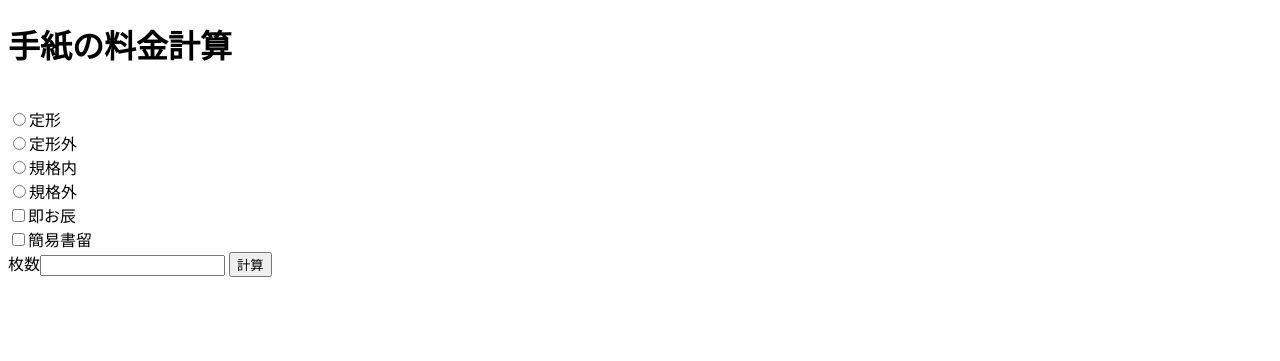
Repository: aiueo20/18ca0155
Page: SSP/kadai0601/WebContent/login.html
These files come from the project's save history. The page is drawn as it stood at one moment and after the next save; the edit follows.
The browser window is 1280 px wide. The pictures show the whole page.

Above is the page before, as saved 2019-01-15 02:53:17.

### SSP/kadai0601/WebContent/login.html
<!DOCTYPE html>
<html>
<head>
<meta charset="UTF-8">
<title>Insert title here</title>
</head>
<body>

<h1>手紙の料金計算</h1><br>
<input type="radio" name="teikei" value="定形">定形<br>
<input type="radio" name="teikeigai" value="定形外">定形外<br>
<input type="radio" name="kikakunai" value="規格内">規格内<br>
<input type="radio" name="kikakugai" value="規格外">規格外<br>
<input type="checkbox" name="sokutatu" value="速達">即お辰<br>
<input type="checkbox" name="kannikakidome" value="簡易書留">簡易書留<br>
枚数<input type="text" name="maisu">
<input type="submit" value="計算">


</body>
</html>

After the next save:
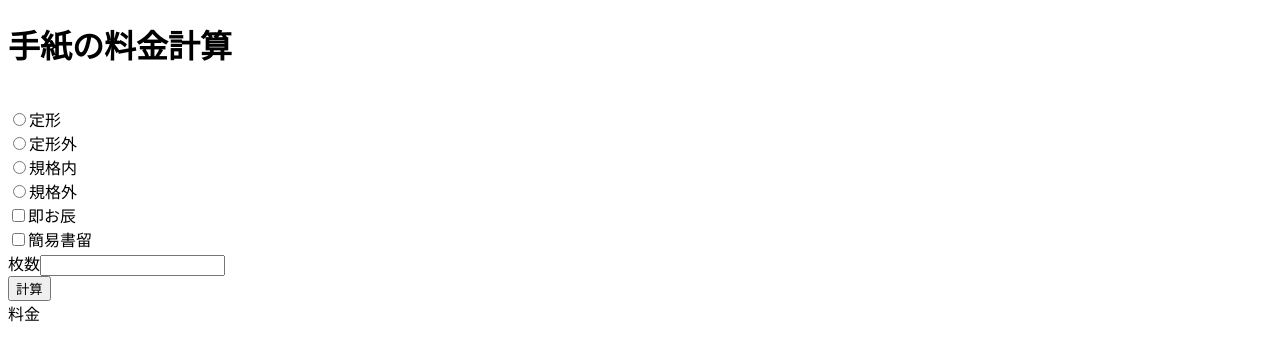
Saved 9 s later.
--- a/SSP/kadai0601/WebContent/login.html
+++ b/SSP/kadai0601/WebContent/login.html
@@ -13,8 +13,9 @@
 <input type="radio" name="kikakugai" value="規格外">規格外<br>
 <input type="checkbox" name="sokutatu" value="速達">即お辰<br>
 <input type="checkbox" name="kannikakidome" value="簡易書留">簡易書留<br>
-枚数<input type="text" name="maisu">
-<input type="submit" value="計算">
+枚数<input type="text" name="maisu"><br>
+<input type="submit" value="計算"><br>
+料金
 
 
 </body>
